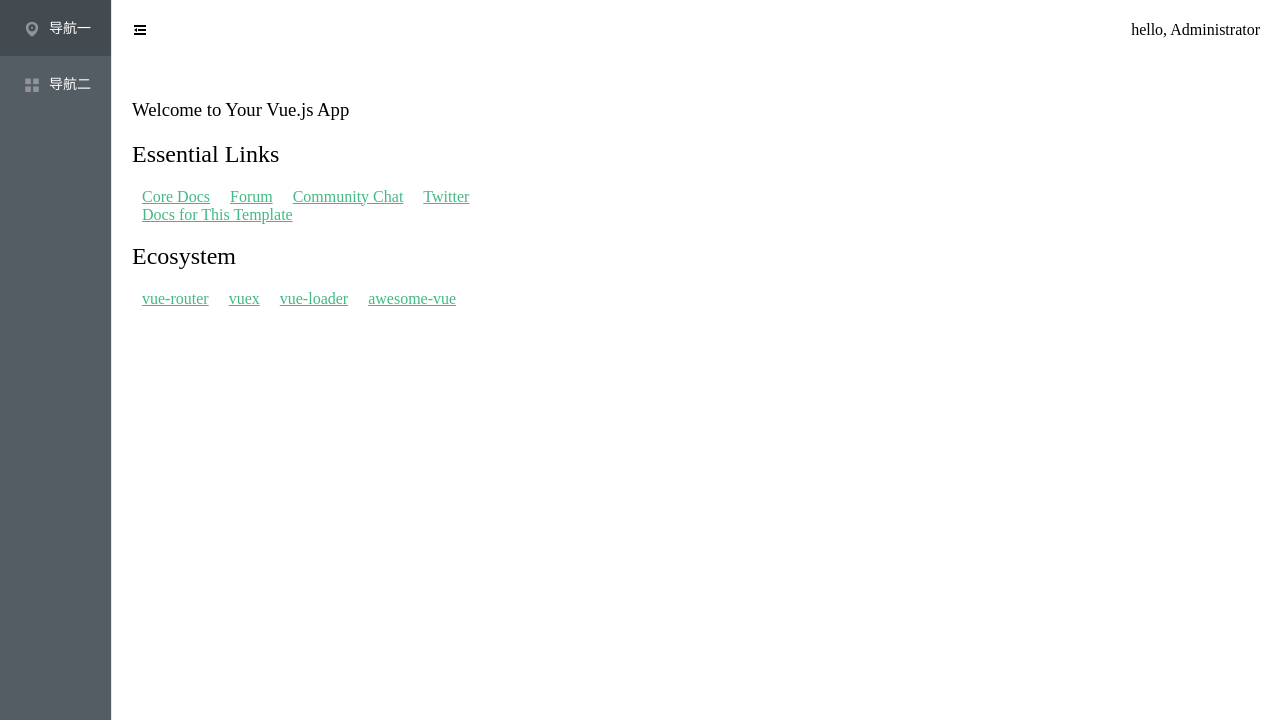
Repository: qianxuebing/admin
Page: /HelloWorld
The author's editor kept a copy of each file at every save. The page is drawn from the files as they stood at one save, then again after the next save.
The browser window is 1280 px wide. The pictures show the whole page.
The project was rebuilt for these pictures with package versions that can differ from the ones it lists, and the page was loaded fresh each time. Imported but missing from the stored project, and not drawn on this page: src/views/home/Home.

Above is the page before, as saved 2019-12-09 16:07:10.

### src/main.js
// The Vue build version to load with the `import` command
// (runtime-only or standalone) has been set in webpack.base.conf with an alias.
import Vue from 'vue'
import App from './App'
import router from './router'
import ElementUI from 'element-ui'
import 'element-ui/lib/theme-chalk/index.css'
import store from './store/index'

Vue.use(ElementUI)

Vue.config.productionTip = false

/* eslint-disable no-new */
new Vue({
  el: '#app',
  router,
  store,
  components: { App },
  template: '<App/>'
})

### src/App.vue
<template>
  <div id="app">
    <router-view/>
  </div>
</template>

<script>
export default {
  name: 'App'
}
</script>

<style>
html,body {
  height: 100%;
  overflow: hidden;
  margin: 0;
  padding: 0;
}
  #app {
    height: 100%;
  }
</style>

### src/router/index.js
import Vue from 'vue'
import Router from 'vue-router'
import HelloWorld from '@/components/HelloWorld'
import Home from '@/views/home/Home'
import Layout from '@/views/layout/Layout'

Vue.use(Router)

export default new Router({
  mode: 'history',
  routes: [
    {
      path: '/',
      name: 'Layout',
      component: Layout,
      children: [
        {
          path: '/',
          name: 'Home',
          component: Home
        },
        {
          path: '/HelloWorld',
          name: 'HelloWorld',
          component: HelloWorld
        }
      ]
    }
  ]
})

### src/store/index.js
import Vue from 'vue'
import Vuex from 'vuex'

Vue.use(Vuex)

const store = new Vuex.Store({
  state: {
    isActive: false
  },
  getters: {

  },
  mutations: {
    TOGGLE_SIDEBAR (state) {
      state.isActive = !state.isActive
    }
  },
  actions: {
    toggleSideBar ({commit}) {
      commit('TOGGLE_SIDEBAR')
    }
  }
})

export default store

### src/views/layout/Layout.vue
<template>
  <el-container class="container">
      <side-bar></side-bar>
      <el-container>
          <el-header>
            <nav-bar></nav-bar>
          </el-header>
          <el-main>
            <component :is="currentView"></component>
          </el-main>
      </el-container>
  </el-container>
</template>

<script>
import SideBar from '../../components/SideBar'
import NavBar from '../../components/NavBar'
import AppMain from '../../components/AppMain'
export default {
  data () {
    return {
      currentView: 'AppMain'
    }
  },
  components: {
    SideBar,
    NavBar,
    AppMain
  }
}
</script>

<style lang="scss">
  .container {
    height: 100%;
  }
</style>

### src/components/SideBar.vue
<template>
  <el-menu router :default-active="$route.path" class="el-menu-vertical-demo menu" :collapse="isActive" background-color="#545c64" text-color="#fff"  acitve-background-color="#001528" active-text-color="#ffd04b">
    <el-menu-item index="1">
      <i class="el-icon-location"></i>
      <span slot="title">导航一</span>
    </el-menu-item>
    <el-menu-item index="2">
      <i class="el-icon-menu"></i>
      <span slot="title">导航二</span>
    </el-menu-item>
  </el-menu>
</template>

<script>
import { mapState } from 'vuex'
export default {
  computed: {
    ...mapState(['isActive'])
  }
}
</script>

<style>
  .menu {
    height: 100%;
    overflow: auto;
  }
</style>

### src/components/NavBar.vue
<template>
  <div class="header-inner">
    <i :class="`${isActive ? 'el-icon-s-unfold' : 'el-icon-s-fold'}`" @click="toggleSideBar"></i>
    <span>hello, Administrator</span>
  </div>
</template>

<script>
import { mapState } from 'vuex'
export default {
  computed: {
    ...mapState(['isActive'])
  },
  methods: {
    toggleSideBar () {
      this.$store.dispatch('toggleSideBar')
    }
  }
}
</script>

<style lang='scss'>
.header-inner {
	height: 60px;
	display: flex;
	align-items: center;
	justify-content: space-between;
}
</style>

### src/components/AppMain.vue
<template>
  <transition name="fade" mode="out-in">
    <router-view></router-view>
  </transition>
</template>

<script>

</script>

<style lang='scss'>
  .fade-enter-active, .fade-leave-active {
    transition: opacity .5s;
  }
  .fade-enter, .fade-leave-to /* .fade-leave-active below version 2.1.8 */ {
    opacity: 0;
  }
</style>

### src/components/mock.js
const sideBarData = [
  {
    id: '01',
    path: '/',
    title: '欢迎页',
    icon: 'el-icon-location'
  }, {
    id: '02',
    path: '/HelloWorld',
    title: '菜单',
    icon: 'el-icon-menu'
  }
]

export default sideBarData

Loaded but not shown: index.html (common file); src/components/HelloWorld.vue (common file)

After the next save:
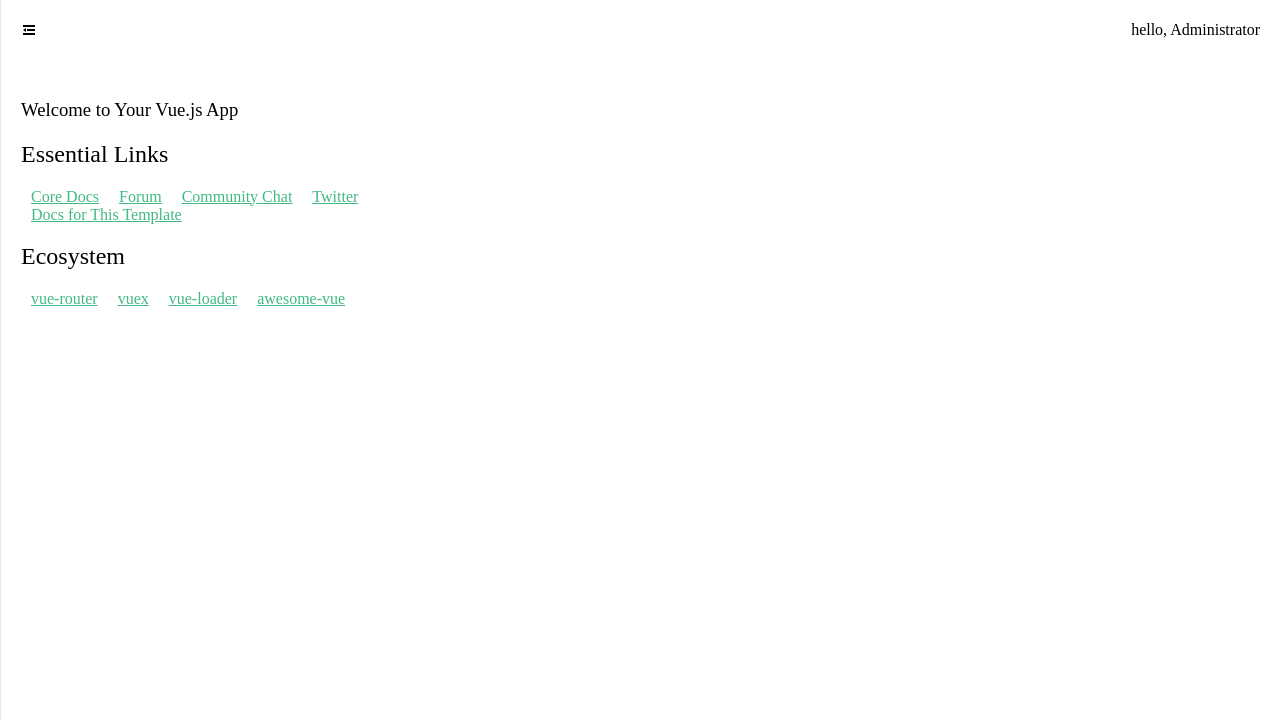
Saved 69 s later.
--- a/src/components/SideBar.vue
+++ b/src/components/SideBar.vue
@@ -1,18 +1,17 @@
 <template>
   <el-menu router :default-active="$route.path" class="el-menu-vertical-demo menu" :collapse="isActive" background-color="#545c64" text-color="#fff"  acitve-background-color="#001528" active-text-color="#ffd04b">
-    <el-menu-item index="1">
-      <i class="el-icon-location"></i>
-      <span slot="title">导航一</span>
-    </el-menu-item>
-    <el-menu-item index="2">
-      <i class="el-icon-menu"></i>
-      <span slot="title">导航二</span>
-    </el-menu-item>
+    <template v-for="item in sideBarData">
+      <el-menu-item :index="item.path" :key="item.id">
+        <i :class="item.icon"></i>
+        <span slot="title">{{ item.title }}</span>
+      </el-menu-item>
+    </template>
   </el-menu>
 </template>
 
 <script>
 import { mapState } from 'vuex'
+import sideBarData from './mock.js'
 export default {
   computed: {
     ...mapState(['isActive'])

After the 2 saves that followed:
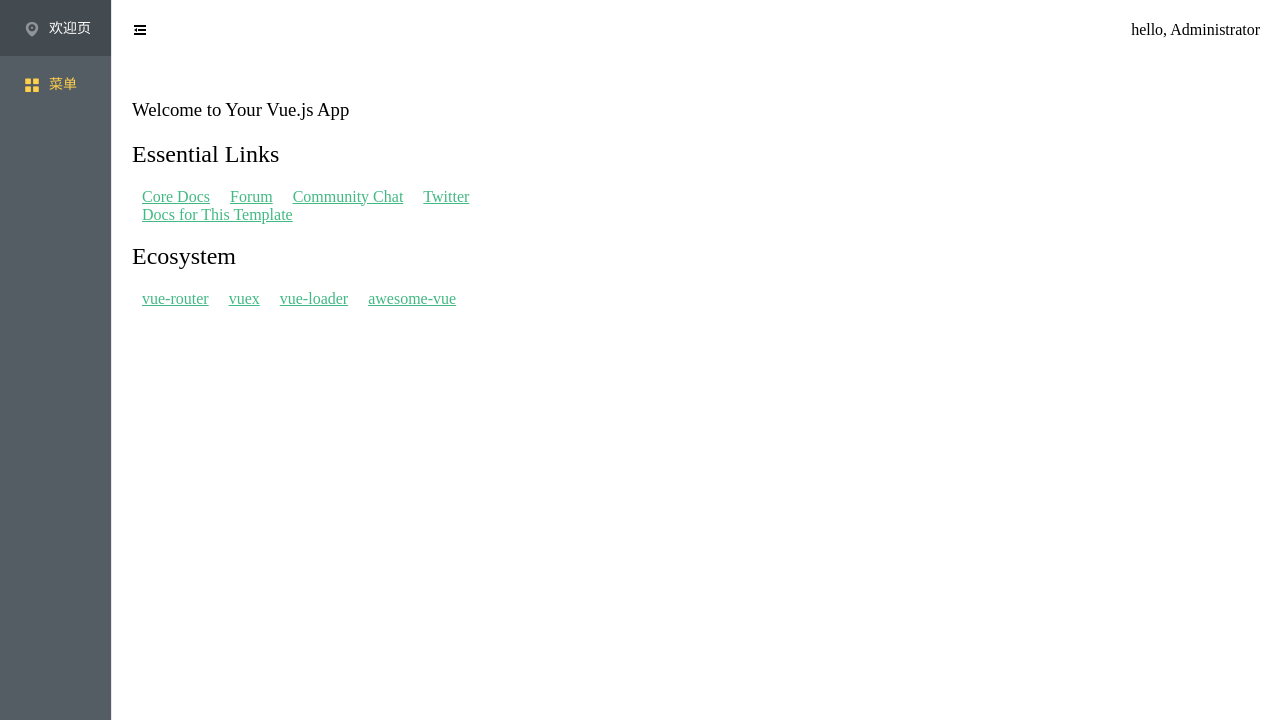
The 2 saves are shown as one change because 1 left the picture as it was.
The last was saved 58 s later.
--- a/src/components/SideBar.vue
+++ b/src/components/SideBar.vue
@@ -13,6 +13,11 @@
 import { mapState } from 'vuex'
 import sideBarData from './mock.js'
 export default {
+  data () {
+    return {
+      sideBarData: sideBarData
+    }
+  },
   computed: {
     ...mapState(['isActive'])
   }
